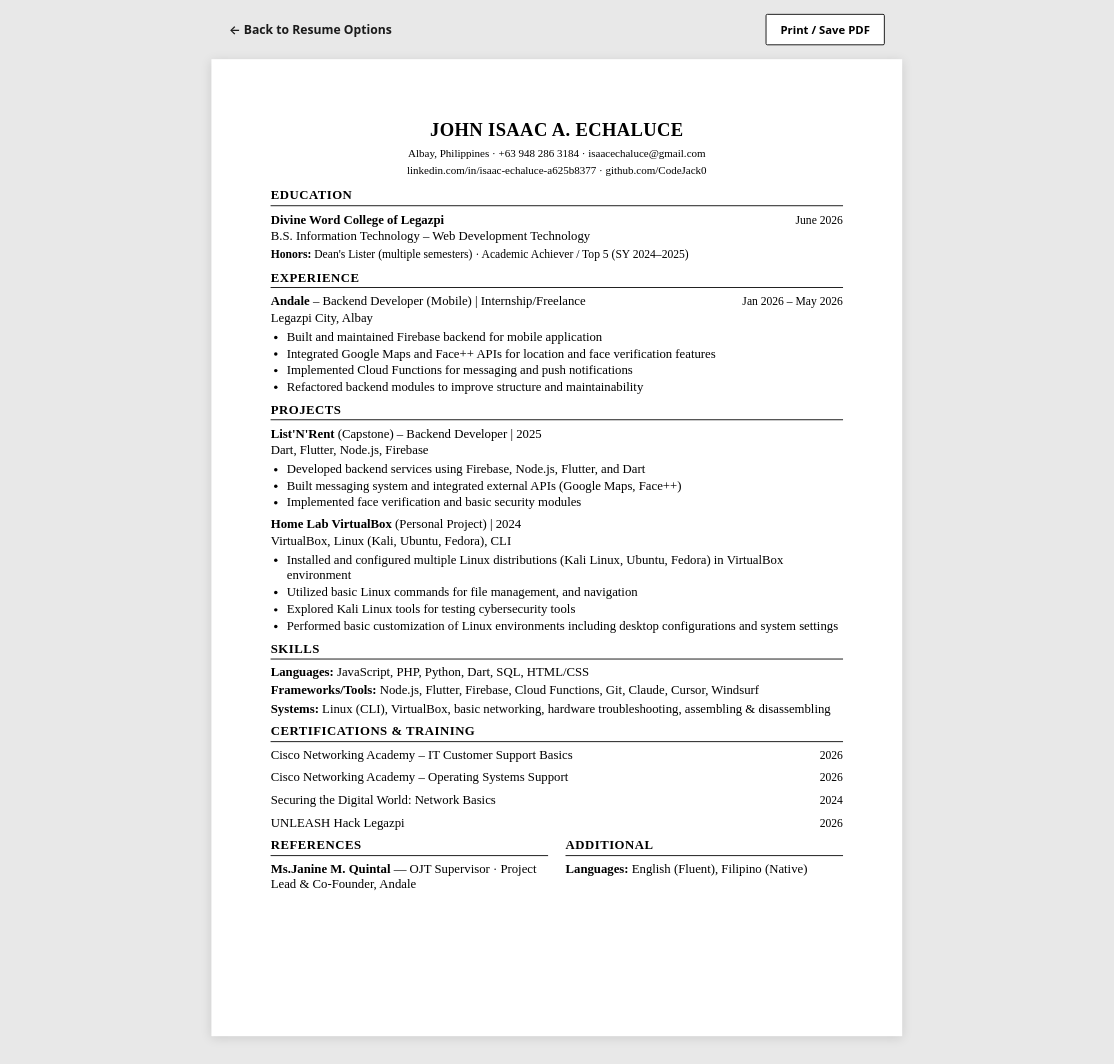
Repository: CodeJack0/Professional_Portfolio
Page: pages/resume.html
An editor plug-in stored every save of this project. The page is shown before and after the next save, followed by the edit.
The browser window is 1280 px wide. The pictures show the whole page, at 87% of full size.

Above is the page before, as saved 2026-05-30 14:00:37.

### pages/resume.html
<!DOCTYPE html>
<html lang="en">
<head>
  <meta charset="UTF-8" />
  <meta name="viewport" content="width=device-width, initial-scale=1.0" />
  <meta name="description" content="Resume / CV — John Isaac A. Echaluce, IT Graduate" />
  <title>Resume / CV — John Isaac A. Echaluce</title>
  <link rel="stylesheet" href="../css/resume.css" />
</head>
<body class="resume-page">
  <div class="resume-toolbar no-print">
    <a href="resumes.html" class="toolbar-link">← Back to Resume Options</a>
    <button type="button" class="toolbar-btn" onclick="window.print()">Print / Save PDF</button>
  </div>

  <article class="resume-document" aria-label="Resume">
    <header class="resume-header">
      <h1 class="resume-name">John Isaac A. Echaluce</h1>
      <p class="resume-contact-line">
        Albay, Philippines · <a href="tel:+639482863184">+63 948 286 3184</a> ·
        <a href="mailto:isaacechaluce@gmail.com">isaacechaluce@gmail.com</a>
      </p>
      <p class="resume-contact-line resume-contact-line--links">
        <a href="https://www.linkedin.com/in/isaac-echaluce-a625b8377/" rel="noopener noreferrer">linkedin.com/in/isaac-echaluce-a625b8377</a> ·
        <a href="https://github.com/CodeJack0" rel="noopener noreferrer">github.com/CodeJack0</a>
      </p>
    </header>

    <main class="resume-content">
      <section class="resume-section">
        <h2 class="resume-section-title">Education</h2>

        <div class="entry">
          <div class="entry-row">
            <span class="entry-left"><strong>Divine Word College of Legazpi</strong></span>
            <span class="entry-right">June 2026</span>
          </div>
          <div class="entry-row entry-row--sub">
            <span class="entry-left">B.S. Information Technology – Web Development Technology</span>
          </div>
          <p class="honors-line">
            <strong>Honors:</strong> Dean's Lister (multiple semesters) · Academic Achiever / Top 5 (SY 2024–2025)
          </p>
        </div>
      </section>

      <section class="resume-section">
        <h2 class="resume-section-title">Experience</h2>

        <div class="entry">
          <div class="entry-row">
            <span class="entry-left"><strong>Andale</strong> – Backend Developer (Mobile) | Internship/Freelance</span>
            <span class="entry-right">Jan 2026 – May 2026</span>
          </div>
          <div class="entry-row entry-row--sub">
            <span class="entry-left">Legazpi City, Albay</span>
          </div>
          <ul class="resume-list">
            <li>Built and maintained Firebase backend for mobile application</li>
            <li>Integrated Google Maps and Face++ APIs for location and face verification features</li>
            <li>Implemented Cloud Functions for messaging and push notifications</li>
            <li>Refactored backend modules to improve structure and maintainability</li>
          </ul>
        </div>
      </section>

      <section class="resume-section">
        <h2 class="resume-section-title">Projects</h2>

        <div class="entry">
          <div class="entry-row">
            <span class="entry-left"><strong>List'N'Rent</strong> (Capstone) – Backend Developer | 2025</span>
            <span class="entry-right"></span>
          </div>
          <div class="entry-row entry-row--sub">
            <span class="entry-left">Dart, Flutter, Node.js, Firebase</span>
          </div>
          <ul class="resume-list">
            <li>Developed backend services using Firebase, Node.js, Flutter, and Dart</li>
            <li>Built messaging system and integrated external APIs (Google Maps, Face++)</li>
            <li>Implemented face verification and basic security modules</li>
          </ul>
        </div>

        <div class="entry">
          <div class="entry-row">
            <span class="entry-left"><strong>Home Lab VirtualBox</strong> (Personal Project) | 2024</span>
            <span class="entry-right"></span>
          </div>
          <div class="entry-row entry-row--sub">
            <span class="entry-left">VirtualBox, Linux (Kali, Ubuntu, Fedora), CLI</span>
          </div>
          <ul class="resume-list">
            <li>Installed and configured multiple Linux distributions (Kali Linux, Ubuntu, Fedora) in VirtualBox environment</li>
            <li>Utilized basic Linux commands for  file management, and navigation</li>
            <li>Explored Kali Linux tools for testing cybersecurity tools</li>
            <li>Performed basic customization of Linux environments including desktop configurations and system settings</li>
          </ul>
        </div>


      <section class="resume-section">
        <h2 class="resume-section-title">Skills</h2>
        <p class="skills-line"><strong>Languages:</strong> JavaScript, PHP, Python, Dart, SQL, HTML/CSS</p>
        <p class="skills-line"><strong>Frameworks/Tools:</strong> Node.js, Flutter, Firebase, Cloud Functions, Git, Claude, Cursor, Windsurf</p>
        <p class="skills-line"><strong>Systems:</strong> Linux (CLI), VirtualBox, basic networking, hardware troubleshooting, assembling & disassembling</p>
      </section>

      <section class="resume-section">
        <h2 class="resume-section-title">Certifications & Training</h2>

        <div class="entry entry--compact">
          <div class="entry-row">
            <span class="entry-left">Cisco Networking Academy – IT Customer Support Basics</span>
            <span class="entry-right">2026</span>
          </div>
        </div>

        <div class="entry entry--compact">
          <div class="entry-row">
            <span class="entry-left">Cisco Networking Academy – Operating Systems Support</span>
            <span class="entry-right">2026</span>
          </div>
        </div>

        <div class="entry entry--compact">
          <div class="entry-row">
            <span class="entry-left">Securing the Digital World: Network Basics</span>
            <span class="entry-right">2024</span>
          </div>
        </div>

        <div class="entry entry--compact">
          <div class="entry-row">
            <span class="entry-left">UNLEASH Hack Legazpi</span>
            <span class="entry-right">2026</span>
          </div>
        </div>
      </section>

      <section class="resume-section resume-section--combined">
        <div class="resume-two-col">
          <div>
            <h2 class="resume-section-title">References</h2>
            <p class="skills-line"><strong>Ms.Janine M. Quintal</strong> — OJT Supervisor · Project Lead &amp; Co-Founder, Andale</p>
          </div>
          <div>
            <h2 class="resume-section-title">Additional</h2>
            <p class="skills-line"><strong>Languages:</strong> English (Fluent), Filipino (Native)</p>
          </div>
        </div>
      </section>
    </main>
  </article>
</body>
</html>

### css/resume.css
/* Harvard-style resume — conservative, single column, print-first (A4) */

:root {
  --resume-page-width: 210mm;
  --resume-page-height: 297mm;
  --resume-page-margin: 18mm;
}

*,
*::before,
*::after {
  box-sizing: border-box;
}

body.resume-page {
  margin: 0;
  font-family: "Times New Roman", Times, Georgia, serif;
  font-size: 11pt;
  line-height: 1.25;
  color: #000;
  background: #e8e8e8;
  -webkit-font-smoothing: antialiased;
}

/* Toolbar (screen only) */
.resume-toolbar {
  display: flex;
  align-items: center;
  justify-content: space-between;
  max-width: var(--resume-page-width);
  margin: 0 auto;
  padding: 1rem 1.25rem;
  gap: 1rem;
  font-family: system-ui, -apple-system, sans-serif;
}

.toolbar-link {
  font-size: 0.875rem;
  font-weight: 600;
  color: #1a1a1a;
  text-decoration: none;
}

.toolbar-link:hover {
  text-decoration: underline;
}

.toolbar-btn {
  font-family: inherit;
  font-size: 0.8125rem;
  font-weight: 600;
  padding: 0.5rem 1rem;
  border: 1px solid #000;
  border-radius: 2px;
  background: #fff;
  color: #000;
  cursor: pointer;
}

.toolbar-btn:hover {
  background: #f5f5f5;
}

/* Document */
.resume-document {
  width: 100%;
  max-width: var(--resume-page-width);
  min-height: var(--resume-page-height);
  margin: 0 auto 2rem;
  padding: var(--resume-page-margin);
  background: #fff;
  box-shadow: 0 2px 12px rgba(0, 0, 0, 0.12);
}

/* Header */
.resume-header {
  text-align: center;
  margin-bottom: 0.65rem;
}

.resume-name {
  font-size: 16pt;
  font-weight: 700;
  margin: 0 0 0.25rem;
  letter-spacing: 0.02em;
  text-transform: uppercase;
}

.resume-tagline {
  margin: 0;
  font-size: 10.5pt;
  font-style: italic;
}

.resume-summary {
  margin: 0.35rem auto 0;
  max-width: 95%;
  font-size: 10pt;
  line-height: 1.4;
  text-align: center;
}

.resume-contact-line {
  margin: 0.2rem 0 0;
  font-size: 9.5pt;
  line-height: 1.45;
}

.resume-contact-line--links {
  margin-top: 0.1rem;
}

.resume-contact-line a {
  color: inherit;
  text-decoration: none;
}

.resume-contact-line a:hover {
  text-decoration: underline;
}

.honors-line {
  margin: 0.2rem 0 0;
  font-size: 10pt;
  line-height: 1.35;
}

.entry-note {
  margin: 0.15rem 0 0;
  font-size: 9.5pt;
  font-style: italic;
  line-height: 1.35;
}

/* Sections */
.resume-content {
  margin: 0;
}

.resume-section {
  margin-bottom: 0.45rem;
}

.entry--compact {
  margin-bottom: 0.2rem;
}

.resume-two-col {
  display: grid;
  grid-template-columns: 1fr 1fr;
  gap: 1.25rem;
  align-items: start;
}

.resume-two-col .resume-section-title {
  margin-top: 0;
}

.resume-section--combined {
  margin-bottom: 0;
}

.skills-line--muted {
  font-size: 9.5pt;
  font-style: italic;
}

.resume-section:last-child {
  margin-bottom: 0;
}

.resume-section-title {
  font-size: 11pt;
  font-weight: 700;
  text-transform: uppercase;
  letter-spacing: 0.04em;
  margin: 0.5rem 0 0.35rem;
  padding-bottom: 0.15rem;
  border-bottom: 1px solid #000;
}

.resume-section:first-child .resume-section-title {
  margin-top: 0;
}

/* Entries */
.entry {
  margin-bottom: 0.45rem;
}

.entry:last-child {
  margin-bottom: 0;
}

.entry-row {
  display: flex;
  justify-content: space-between;
  align-items: baseline;
  gap: 1rem;
}

.entry-row--sub {
  margin-top: 0.05rem;
}

.entry-left {
  flex: 1;
  min-width: 0;
}

.entry-right {
  flex-shrink: 0;
  white-space: nowrap;
  font-size: 10pt;
}

/* Lists */
.resume-list {
  margin: 0.2rem 0 0;
  padding-left: 1.15rem;
}

.resume-list li {
  margin-bottom: 0.05rem;
}

.resume-list--plain {
  list-style: disc;
  padding-left: 1.15rem;
}

/* Skills */
.skills-line {
  margin: 0.15rem 0 0;
}

.skills-line:first-of-type {
  margin-top: 0.1rem;
}

.resume-section--inline .skills-line {
  margin-top: 0.1rem;
}

.skills-grid {
  display: grid;
  grid-template-columns: 1fr 1fr;
  gap: 0.75rem;
  margin-top: 0.1rem;
}

.skills-grid .resume-list {
  margin: 0;
}

/* Responsive */
@media (max-width: 640px) {
  .resume-document {
    min-height: auto;
    padding: 1rem;
  }

  .resume-contact-line {
    font-size: 9pt;
  }

  .entry-row {
    flex-direction: column;
    gap: 0.1rem;
  }

  .entry-right {
    white-space: normal;
  }

  .resume-two-col {
    grid-template-columns: 1fr;
    gap: 0.5rem;
  }
}

/* Print */
@media print {
  @page {
    size: A4;
    margin: 0;
  }

  body.resume-page {
    background: #fff;
    font-size: 11pt;
  }

  .no-print {
    display: none !important;
  }

  .resume-document {
    max-width: none;
    min-height: auto;
    margin: 0;
    padding: var(--resume-page-margin);
    box-shadow: none;
  }

  .resume-contact-line a {
    text-decoration: none;
  }

  .entry,
  .resume-section {
    break-inside: avoid;
  }
}

After the next save:
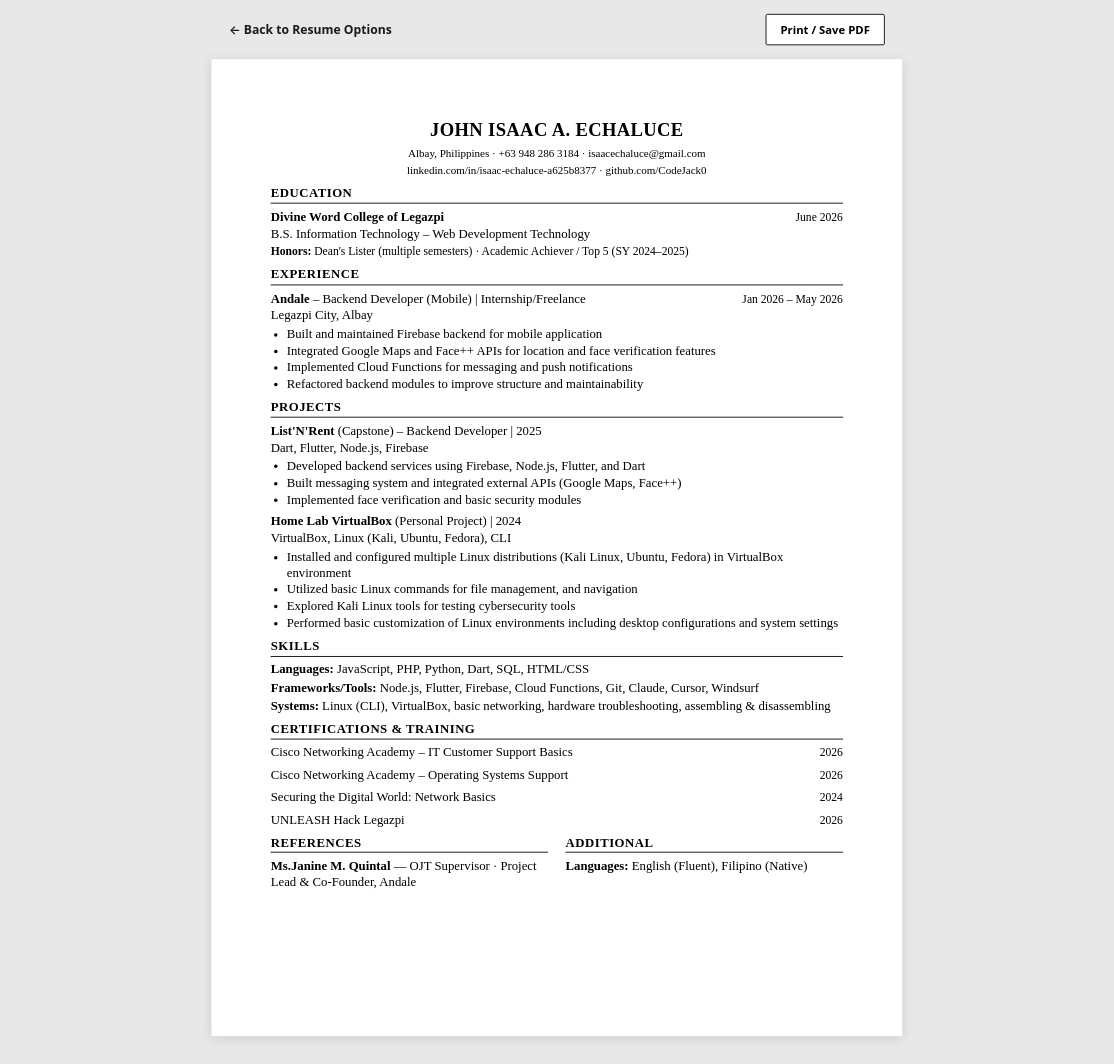
Saved 13 s later.
--- a/css/resume.css
+++ b/css/resume.css
@@ -75,7 +75,7 @@ body.resume-page {
 /* Header */
 .resume-header {
   text-align: center;
-  margin-bottom: 0.65rem;
+  margin-bottom: 0.45rem;
 }
 
 .resume-name {
